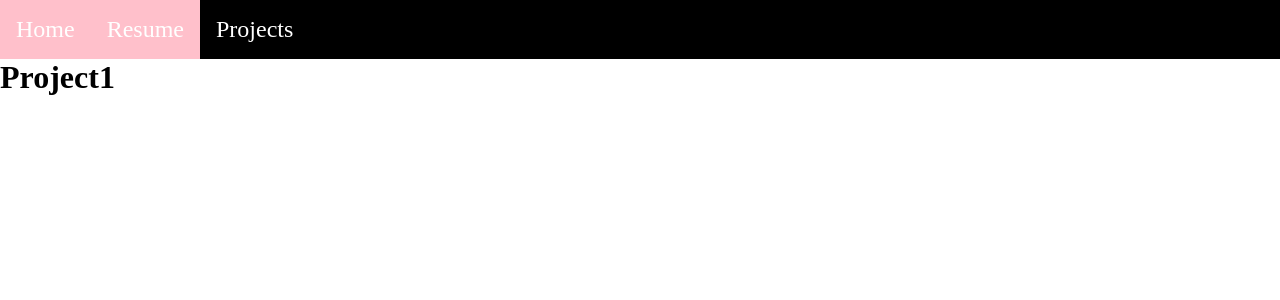
Repository: Starfishmas/Starfishmas.github.io
Page: project1.html
The author's editor kept a record of every edit. The page is drawn from the files as they stood at one moment, then again after the next edit.
The browser window is 1280 px wide. The pictures show the whole page.

Above is the page before.

### project1.html
<!DOCTYPE html>
<html>
    <head>
        <title>Home</title>
        <link rel="stylesheet" type="text/css" href="style.css">
        <link rel="stylesheet" type="text/css" href="//fonts.googleapis.com/css?family=Indie+Flower" />
    </head>
<body>
    <ul class=navbar>
        <li><a href="index.html">Home</a></li>
        <li class="active"><a href="resume.html">Resume</a></li>
        <li class="dropdown">
            <div>Projects</div>
            <ul class="dropdown-content">
                <li><a href="#">Project1</a></li>
                <li><a href="#">Project2</a></li>
                <li><a href="#">Project3</a></li>
            </ul>
        </li>

    </ul>

<h1>Project1</h1>

</body>
</html>

### style.css
            .navbar {list-style:none; background-color:black;overflow:hidden;padding:0px;}
            .navbar a, .dropdown div {text-decoration:none; color:white; font-size:24px; padding:16px; display:inline-block;}
            .navbar li {float:left;}
            * {padding:0; margin:0; list-style:none;}
            .navbar li:hover {background-color:pink;}
            .dropdown-content li {float:none;}
            .dropdown-content {padding:0; display:none; position:absolute; z-index:100; background-color:black;}
            .dropdown:hover .dropdown-content{display:block}
            .active {background-color:pink;}

After the next edit:
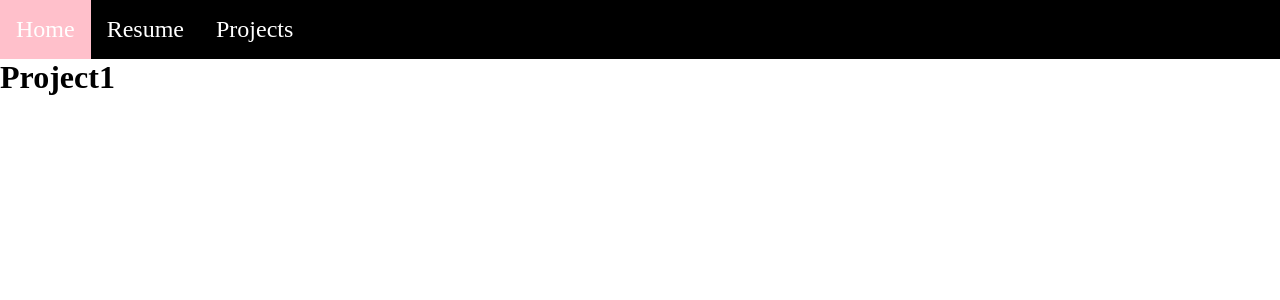
The edit:
--- a/project1.html
+++ b/project1.html
@@ -8,7 +8,7 @@
 <body>
     <ul class=navbar>
         <li><a href="index.html">Home</a></li>
-        <li class="active"><a href="resume.html">Resume</a></li>
+        <li><a href="resume.html">Resume</a></li>
         <li class="dropdown">
             <div>Projects</div>
             <ul class="dropdown-content">
